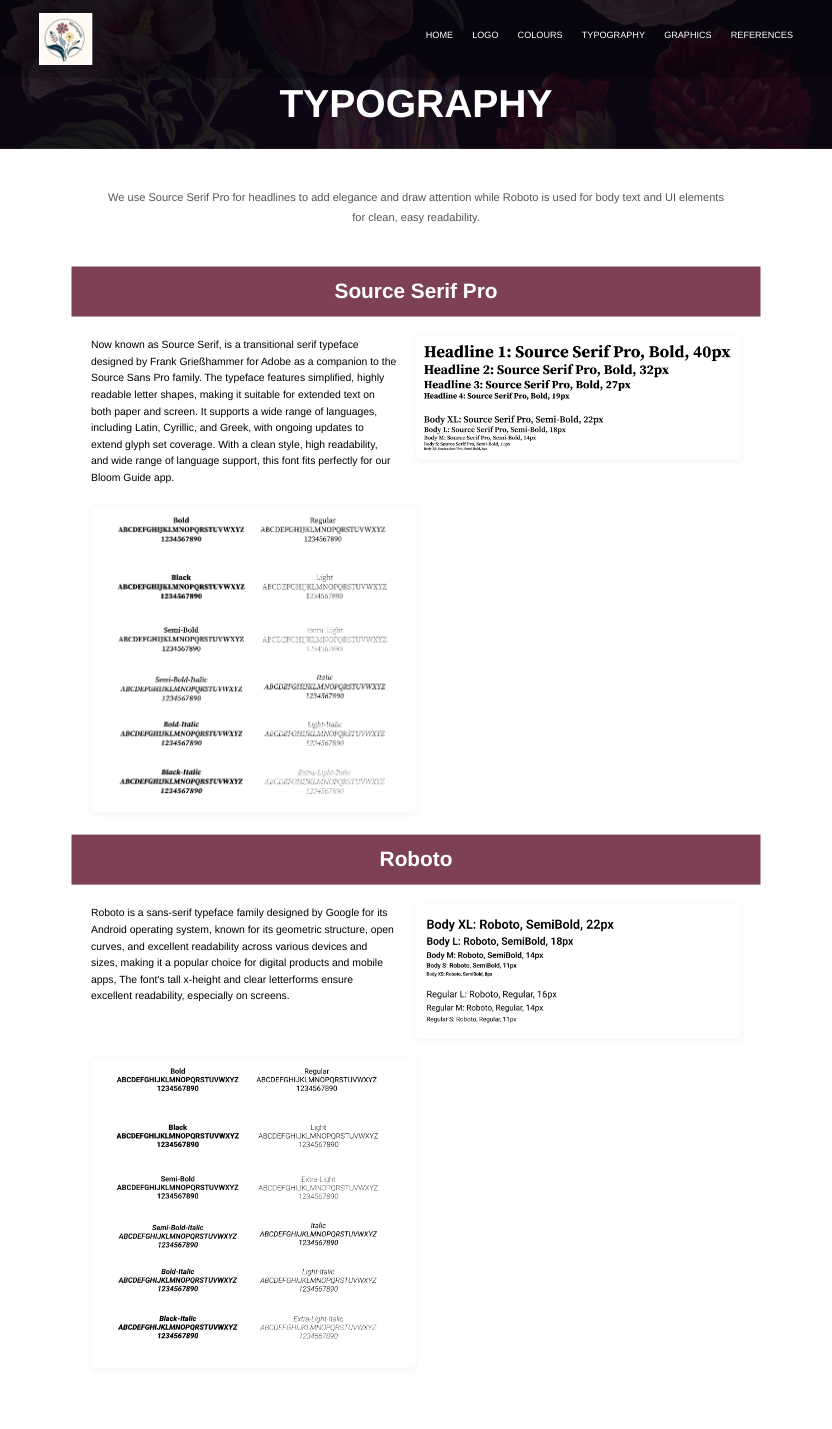
Repository: Emmalee06/styleguide-design2
Page: typography.html
An editor plug-in stored every save of this project. The page is shown before and after the next save, followed by the edit.
The browser window is 1280 px wide. The pictures show the whole page, at 65% of full size.

Above is the page before, as saved 2025-04-07 00:55:10.

### typography.html
<!DOCTYPE html>
<html lang="en">

<head>
    <meta charset="UTF-8" />
    <meta name="viewport" content="width=device-width, initial-scale=1.0" />
    <title>StyleGuide Design</title>
    <link rel="stylesheet" href="style.css" />
</head>

<body>
    <!-- Header with reduced height -->
    <section class="header small-header">
        <nav>
            <a href="index.html"><img src="images/logo.jpg" width="300" height="100" alt="Bloomguide logo" /></a>

            <div class="nav-links">
                <ul>
                    <li><a href="index.html">HOME</a></li>
                    <li><a href="logo.html">LOGO</a></li>
                    <li><a href="colours.html">COLOURS</a></li>
                    <li><a href="typography.html">TYPOGRAPHY</a></li>
                    <li><a href="graphics.html">GRAPHICS</a></li>
                    <li><a href="references.html">REFERENCES</a></li>
                </ul>
            </div>
        </nav>
        <h1>TYPOGRAPHY</h1>
    </section>

    <!-- TYPOGRAPHY CONTENT -->
    <section class="logo">
        <p>
            We use Source Serif Pro for headlines to add elegance and draw attention while Roboto is used for body text
            and UI elements for clean, easy readability.
        </p>
    </section>
    <section class="typography">
        <!-- Source Serif Section -->
        <div class="font-section">
            <div class="font-header">Source Serif Pro</div>

            <div class="font-content">
                <p>
                    Now known as Source Serif, is a transitional serif typeface designed by Frank Grießhammer for Adobe
                    as a companion to the Source Sans Pro family. The typeface features simplified, highly readable
                    letter shapes, making it suitable for extended text on both paper and screen. It supports a wide
                    range of languages, including Latin, Cyrillic, and Greek, with ongoing updates to extend glyph set
                    coverage. With a clean style, high readability, and wide range of language support, this font fits
                    perfectly for our Bloom Guide app.
                </p>
                <img src="images/Serif.jpeg" alt="Source Serif definition" />
            </div>
            <div class="font-image-row">
                <img src="images/serif-ex.png" alt="Source Serif example" />
            </div>

        </div>

        <!-- Roboto Section -->
        <div class="font-section">
            <div class="font-header">Roboto</div>

            <div class="font-content">
                <p>
                    Roboto is a sans-serif typeface family designed by Google for its Android operating system, known
                    for its geometric structure, open curves, and excellent readability across various devices and
                    sizes, making it a popular choice for digital products and mobile apps, The font's tall x-height and
                    clear letterforms ensure excellent readability, especially on screens.
                </p>
                <img src="images/Roboto.jpeg" alt="Roboto definition" />
            </div>
            <div class="font-image-row">
                <img src="images/roboto-ex.png" alt="Roboto example" />
            </div>

        </div>
    </section>
</body>

</html>

### style.css
* {
    margin: 0;
    padding: 0;
    box-sizing: border-box;
    font-family: 'Helvetica Neue', sans-serif;
}

.header {
    min-height: 100vh;
    width: 100%;
    background-image: linear-gradient(rgba(4, 9, 30, 0.6), rgba(4, 9, 30, 0.6)), url(images/background.png);
    background-size: cover;
    background-position: center;
    position: relative;
}

/* Nav bar */
nav {
    width: 100%;
    background-color: rgba(0, 0, 0, 0.3);
    padding: 20px 60px;
    overflow: hidden;
}

/* Logo on the left */
nav a img {
    float: left;
    height: 80px;
    width: auto;
}

/* Nav links on the right */
.nav-links {
    float: right;
    margin-top: 25px;
}

.nav-links ul {
    list-style: none;
}

.nav-links ul li {
    display: inline-block;
    margin-left: 25px;
}

.nav-links ul li a {
    text-decoration: none;
    color: white;
    font-size: 14px;
    font-weight: 500;
    position: relative;
}

.nav-links ul li::after {
    content: '';
    display: block;
    height: 2px;
    width: 0;
    background: #fcb6b6;
    transition: 0.4s;
    margin-top: 4px;
}

.nav-links ul li:hover::after {
    width: 100%;
}

.nav-links ul li a:hover {
    color: #fcb6b6;
}

.text-box h1 {
    font-size: 60px;
}

.text-box h2 {
    font-size: 36px;
    margin: 15px 0;
}

/*Home Content*/
.text-box {
    position: absolute;
    top: 55%;
    left: 50%;
    transform: translate(-50%, -50%);
    text-align: center;
    color: #fff;
}

.credits-wrapper {
    display: block;
    margin-top: 30px;
}

/* credits left-aligned within a centered container */
.credits {
    display: block;
    text-align: left;
    margin: 0 auto 20px auto;
    width: fit-content;
}

.credits p {
    font-size: 18px;
    color: #d3dae0;
    margin: 6px 0;
}

/* button under credits */
.start-btn {
    text-align: center;
}

.hero-btn {
    display: inline-block;
    text-decoration: none;
    color: #fff;
    border: 1px solid #fff;
    padding: 12px 30px;
    font-size: 14px;
    transition: 0.4s;
}

.hero-btn:hover {
    background-color: #8f1a47;
    border-color: #8f1a47;
}

/* logo content*/

.logo {
    max-width: 1000px;
    margin: 60px auto;
    padding: 0 20px;
}

.logo h1 {
    font-size: 50px;
    margin-bottom: 20px;
    color: #5a3f2f;
    text-align: center;
}

.logo p {
    font-size: 17px;
    margin-bottom: 40px;
    color: #555;
    text-align: center;
    line-height: 1.8;
}

.row {
    display: grid;
    grid-template-columns: repeat(auto-fit, minmax(220px, 1fr));
    gap: 30px;
}

.logo-col h3 {
    margin-bottom: 15px;
    font-size: 14px;
    color: #bc526c;
}

.logo-col img {
    max-width: 100%;
    height: auto;
    border-radius: 8px;
}

.logo-col {
    background-color: #fff;
    padding: 20px;
    border-radius: 12px;
    box-shadow: 0 2px 10px rgba(0, 0, 0, 0.05);
    text-align: center;
    transition: transform 0.3s ease, box-shadow 0.3s ease;
}

.logo-col:hover {
    transform: translateY(-10px);
    box-shadow: 0 12px 25px rgba(0, 0, 0, 0.1);
}

/* Make header shorter for this page */
.small-header {
    min-height: 10px;
}

/* 4 cards into one row */
.fixed-row {
    display: flex;
    justify-content: space-between;
    flex-wrap: nowrap;
    gap: 30px;
}

.logo h2 {
    font-size: 28px;
    color: #771f35;
    margin: 30px 0 15px;
    text-align: center;
}

.header.small-header h1 {
    position: relative;
    top: 50%;
    left: 50%;
    transform: translate(-50%, -50%);
    color: #fff;
    font-size: 60px;
    text-align: center;
    font-weight: bold;
    margin-top: 40px;
}


/*COLOURS PAGE*/
/* --- Main Container --- */
.colours {
    max-width: 1100px;
    margin: 60px auto;
    padding: 0 20px;
}

/* --- Headings --- */
.colours h1 {
    font-size: 23px;
    margin-top: 50px;
    margin-bottom: 15px;
    color: #3E0B0B;
    border-bottom: 2px solid #89576691;
    padding-bottom: 6px;
}

/* --- Paragraphs --- */
.colours p {
    font-size: 1rem;
    margin-bottom: 25px;
    line-height: 1.6;
}

/* --- Image Rows --- */
.image-row {
    display: flex;
    gap: 20px;
    margin-bottom: 40px;
    align-items: center;
}

/* --- Image Blocks --- */
.image-row img {
    width: 800px;
    height: auto;
    border-radius: 8px;
    box-shadow: 0 3px 12px rgba(0, 0, 0, 0.08);
    transition: transform 0.3s ease;
}

.image-row-small img {
    width: 100px;
    height: auto;
    border-radius: 8px;
    box-shadow: 0 3px 12px rgba(0, 0, 0, 0.08);
    transition: transform 0.3s ease;
}

.image-row img:hover {
    transform: scale(1.03);
}

.image-row-small img:hover {
    transform: scale(1.03);
}

/* --- Accessibility Section --- */
.accessibility-grid {
    display: grid;
    grid-template-columns: repeat(2, 1fr);
    gap: 30px;
    margin-top: 20px;
}

/* --- Individual Accessibility Cards --- */
.access-card {
    background: #fff;
    border-radius: 10px;
    padding: 20px;
    box-shadow: 0 6px 16px rgba(0, 0, 0, 0.05);
    transition: transform 0.3s ease;
}

.access-card h2 {
    font-size: 17px;
    color: #9b5861;
    margin-bottom: 10px;
}

.access-card p {
    font-size: 12px;
    line-height: 1.5;
    margin-bottom: 15px;
}

.access-card img {
    width: 70%;
    border-radius: 6px;
    box-shadow: 0 2px 8px rgba(0, 0, 0, 0.263);
}

.access-card:hover {
    transform: scale(1.03);
}


/*TYPOGRAPHY*/
/* Typography Section Wrapper */
.typography {
    max-width: 1100px;
    margin: 60px auto;
    padding: 0 20px;


}

.font-header {
    background-color: #651c36d6;
    color: white;
    font-size: 2rem;
    font-weight: bold;
    text-align: center;
    padding: 20px;
}

/* Font Content (Text + Image) */
.font-content {
    display: flex;
    justify-content: space-between;
    align-items: flex-start;
    padding: 30px;
    gap: 30px;
    background-image: linear-gradient(to right #8f1a47, #8f1a4700);
}

/* Text Block */
.font-content p {
    width: 50%;
    font-size: 16px;
    line-height: 1.6;
}

/* Right-side definition image */
.font-content img {
    width: 50%;
    border-radius: 8px;
    box-shadow: 0 2px 10px rgba(0, 0, 0, 0.06);
}

/* Example image under text+image pair */
.font-image-row {
    padding: 0 30px 30px;
}

.font-image-row img {
    width: 500px;
    border-radius: 8px;
    box-shadow: 0 2px 10px rgba(0, 0, 0, 0.06);
}

After the next save:
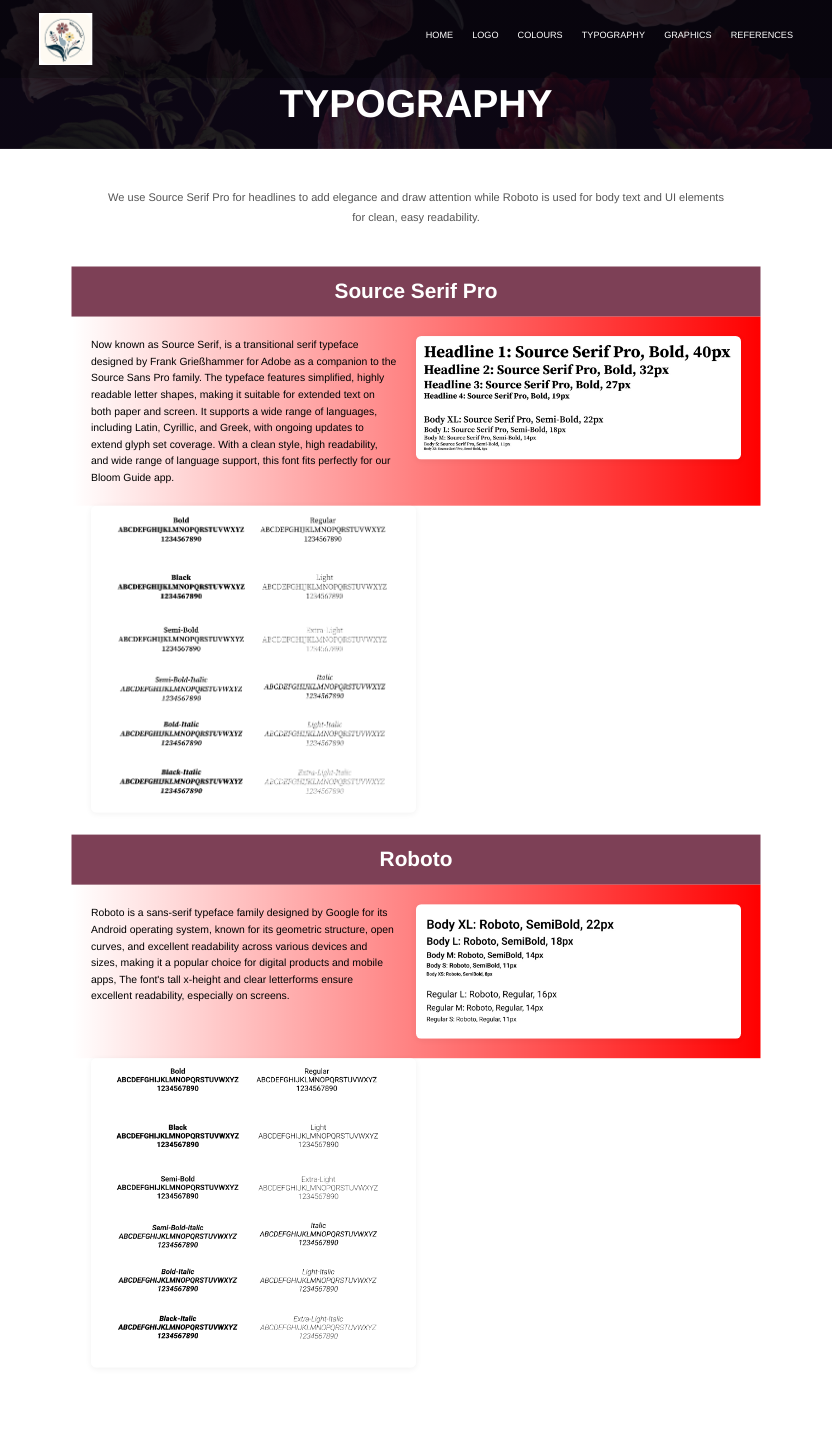
Saved 31 s later.
--- a/style.css
+++ b/style.css
@@ -340,7 +340,7 @@
     align-items: flex-start;
     padding: 30px;
     gap: 30px;
-    background-image: linear-gradient(to right #8f1a47, #8f1a4700);
+    background-image: linear-gradient(to right, rgba(255, 0, 0, 0), rgba(255, 0, 0, 1));
 }
 
 /* Text Block */
